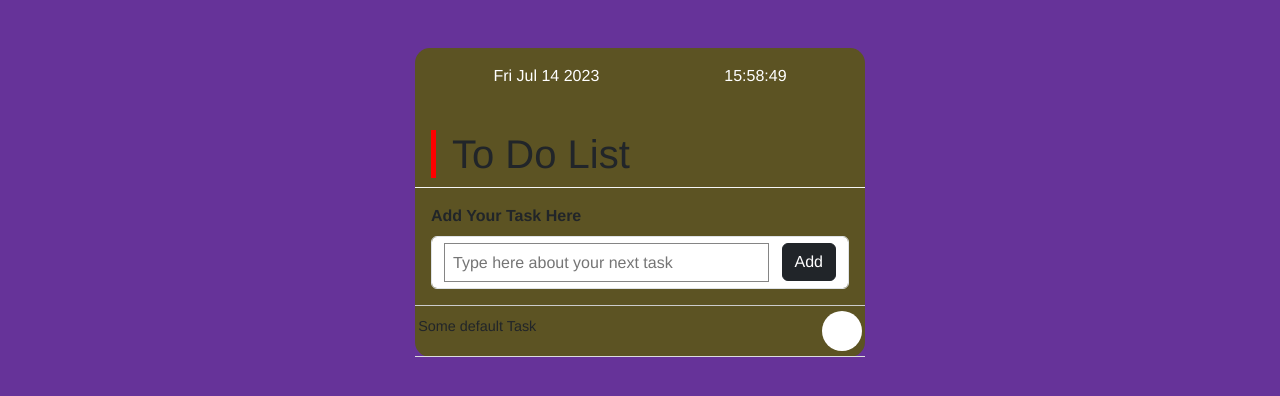
Repository: Passionblaz/TODO
Page: TODO/Untitled-1.html
An editor plug-in stored every save of this project. The page is shown before and after the next save, followed by the edit.
The browser window is 1280 px wide. The pictures show the whole page.

Above is the page before, as saved 2023-07-14 16:13:01.

After the next save:
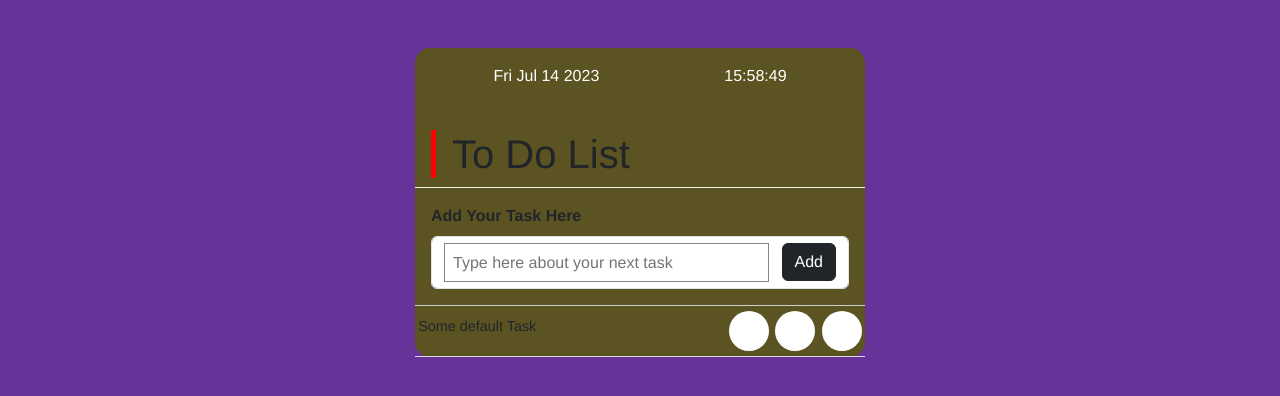
Saved 7 s later.
--- a/TODO/Untitled-1.html
+++ b/TODO/Untitled-1.html
@@ -55,7 +55,12 @@
 <div class="todo-list" id="todo-list">
   <div class="todo">
     <h3>Some default Task</h3>
-
+    <button class="finished-todo">
+      <i class="fa-solid fa-check"></i>
+    </button>
+    <button class="edit-todo">
+      <i class="fa-solid fa-pen"></i>
+    </button>
     <button class="remove-todo">
       <i class="fa-solid fa-xmark"></i>
     </button>
